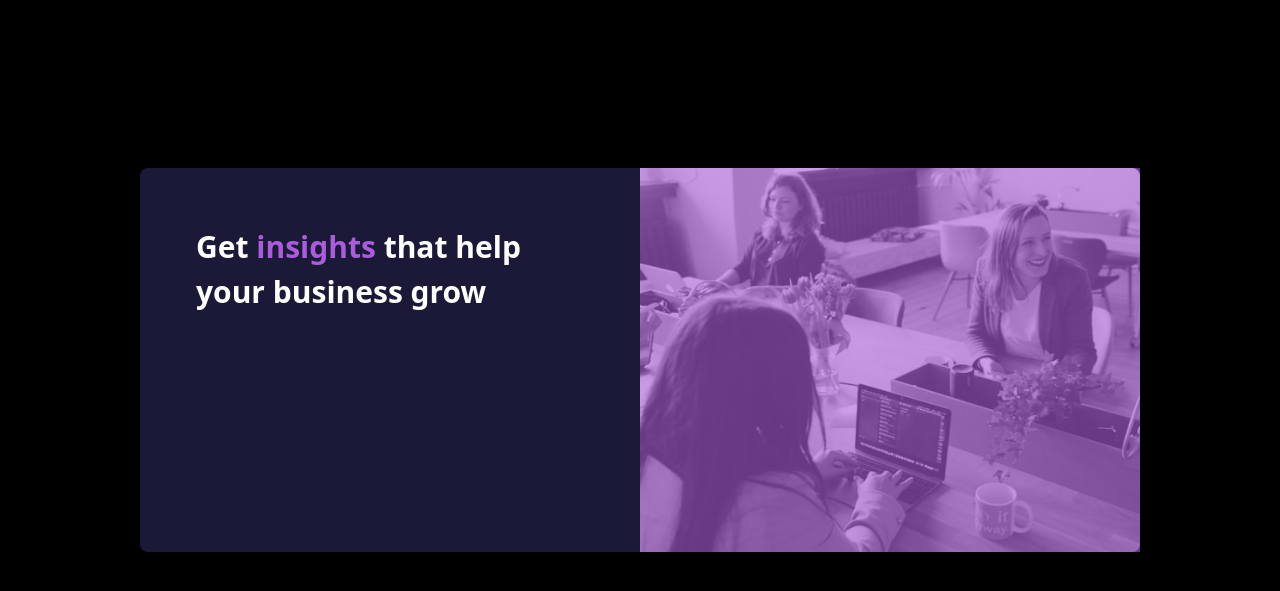
Repository: BerlinWebDev/FrontendMaster_PreviewMentor
Page: /
These files come from the project's save history. The page is drawn as it stood at one moment and after the next save; the edit follows.
The browser window is 1280 px wide. The pictures show the whole page.
The project was rebuilt for these pictures with package versions that can differ from the ones it lists, and the page was loaded fresh each time.

Above is the page before, as saved 2023-11-11 19:24:55.

### src/App.js
import Image from "./assets/image-header-desktop.jpg";

function App() {
  return (
    <>
      <header>
        <title>Challenge</title>
        <meta name="description" content="Challenge" />
        <link rel="icon" href="/favicon.ico" />
      </header>
      <main className="flex min-h-screen flex-col items-center justify-center bg-black">
        <div className="flex h-96 w-[1000px] rounded-lg bg-[#1b1938]">
          <aside className="w-1/2  rounded-l-lg">
            <div className="p-14">
              <div className="text-[30px] text-white font-bold">
                Get <span className="text-[#aa5cdb]">insights</span> that help
                <br />
                your business grow
              </div>
            </div>
          </aside>
          <aside className="w-1/2  rounded-lg relative">
            <div className="absolute inset-0 bg-[#aa5cdb] opacity-60"></div>
            <img
              className=" h-full w-full rounded-r-lg"
              src={Image}
              alt="Header-Desktop"
            />
          </aside>
        </div>
      </main>
    </>
  );
}

export default App;

Loaded but not shown: public/index.html (common file); src/index.js (common file); src/index.css (common file); tailwind.config.js (common file)

After the next save:
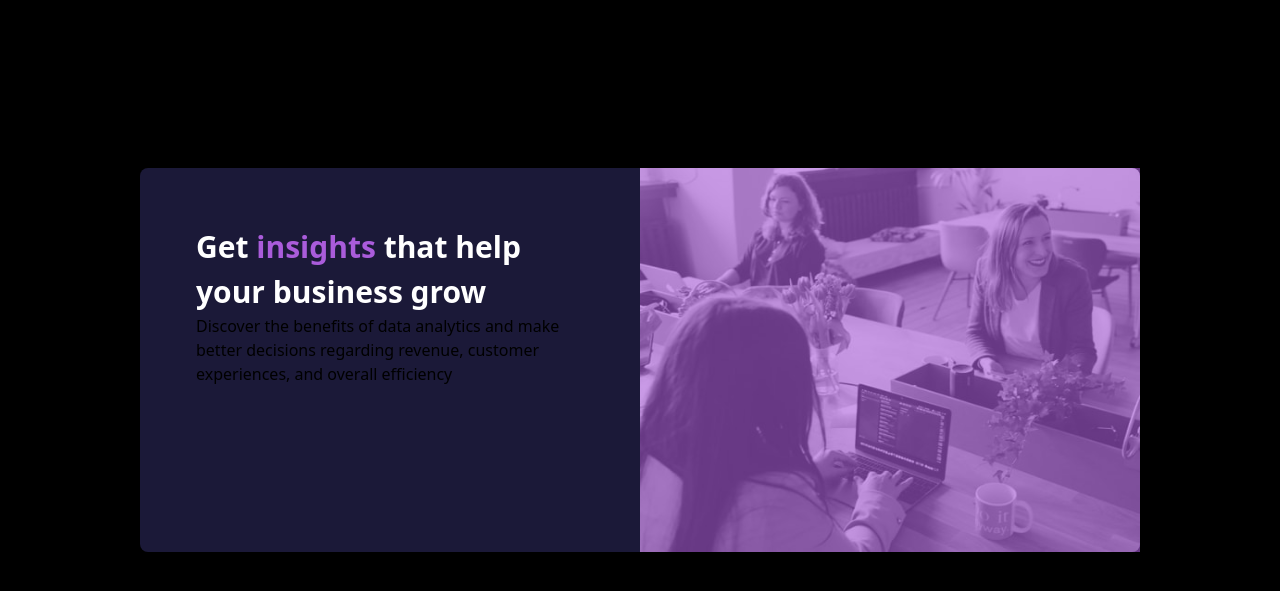
Saved 57 s later.
--- a/src/App.js
+++ b/src/App.js
@@ -17,6 +17,13 @@ function App() {
                 <br />
                 your business grow
               </div>
+              <div>
+                <p>
+                  Discover the benefits of data analytics and make better
+                  decisions regarding revenue, customer experiences, and overall
+                  efficiency
+                </p>
+              </div>
             </div>
           </aside>
           <aside className="w-1/2  rounded-lg relative">
